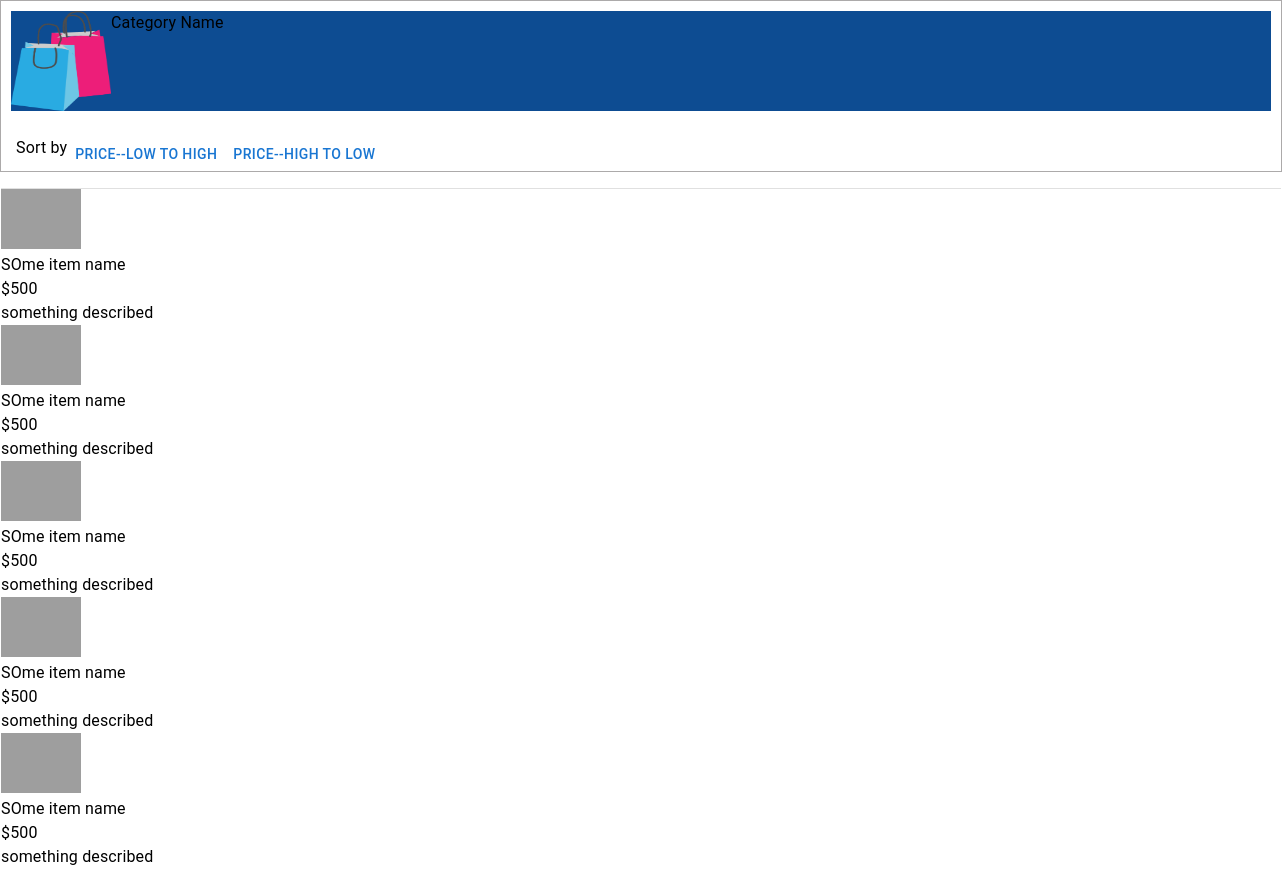
Repository: robin-fareye/reactjs-frontend-flipzone
Page: /
An editor plug-in stored every save of this project. The page is shown before and after the next save, followed by the edit.
The browser window is 1280 px wide. The page is 1282 px wide, so the pictures cover 1282 px, including what lies to the right of the window. The pictures show the whole page.
Pictures or frames that could not be fetched are drawn as grey boxes. The project was rebuilt for these pictures with package versions that can differ from the ones it lists, and the page was loaded fresh each time. Also part of the build but not shown: src/App.css, src/component/auth/Login.css, src/api/Login.js, src/component/auth/Login.js, src/component/category/Category.js, src/component/header/Header.css, src/component/header/Header.js, src/component/helper/Slide.css and 7 more.

Above is the page before, as saved 2022-11-14 19:28:11.

### src/App.js
import React from 'react';
import './App.css';
import Login from './component/auth/Login';
import Category from './component/category/Category';
import Header from './component/header/Header';
import Home from './component/home/Home';
import Cart from './component/Cart/Cart';
import ProductCatalouge from './component/ProductCatalogue/ProductCatalouge';
import ProductDetails from './component/ProductDetails/ProductDetails';
import CheckoutPage from './component/Checkout/CheckoutPage';
import RetailerAddProduct from './component/retailer/RetailerAddProduct';
function App() {
  return (
    <div>

      <ProductCatalouge/>

    </div>
  );
}

export default App;

### src/component/ProductCatalogue/ProductCatalouge.js
import { Box, Typography, Grid, Button, Divider } from '@mui/material'
import React, { useState, useEffect } from 'react'
import './ProductCatalouge.css'

const ProductCatalouge = () => {

    const [sort, setSort] = useState("asc");

    const getCardItem=(item)=>{
        return (
        <Box className='card-container'>
            <img
            style={{height:"60px"}}
            className='image-item-catalouge'
            src='https://rukminim1.flixcart.com/image/416/416/kcgk1ow0/headphone/n/u/a/235v2-fast-charging-boat-original-imaftk6us4af7bca.jpeg?q=70'
            alt='image'
            />
            <Typography>{item.name}</Typography>
            <Typography>{item.price}</Typography>
            <Typography>{item.description}</Typography>
        </Box>
        )
    }
    const catagories=["cat1","cat2","cat3","cat4"]
    const items=[
        {
            name:"SOme item name",
            price:"$500",
            description:"something described"
        },
        {
            name:"SOme item name",
            price:"$500",
            description:"something described"
        },
        {
            name:"SOme item name",
            price:"$500",
            description:"something described"
        },
        {
            name:"SOme item name",
            price:"$500",
            description:"something described"
        },
        {
            name:"SOme item name",
            price:"$500",
            description:"something described"
        },
    ]

    return (
        <Box className='catagory-container'>
            <Box className='container-header'>
                <img
                    src={require('../../assets/logo.png')}
                    alt="category"
                    className="cat-image"
                    />
                <Typography>Category Name</Typography>
            </Box>
            <Box className='container-body'>
                <Grid item lg={10}>
                    <Box className='sort'>
                        <Typography>Sort by</Typography>
                        {/* <Button onClick={() => setSort("popular")}>Popularity</Button> */}
                        <Button onClick={() => setSort("asc")}>Price--low to high</Button>
                        <Button onClick={() => setSort("desc")}>Price--high to low</Button>
                    </Box>
                    <Divider />
                    <Box className="inner-body">
                        {
                            items.sort((a, b) => sort === "asc" ? a.price - b.price : b.price - a.price)
                            .map((items) => {
                                return (
                                    getCardItem(items)
                                )
                            })
                        }
                    </Box>
                </Grid>
            </Box>
        </Box>
    )
}

export default ProductCatalouge

 {/* {
            items?.map((item)=>{
                return getCardItem(item)
            })
        } */}

### src/component/category/Category.css
.cat-component {
    /* background-color: #CFF5E7; */
    justify-content: 'space-between';
    margin: '55px 130px 0 130px';
    overflow-x: 'overlay';
    display: flex;
    flex-direction: row;
    padding:0, 50px;
    /* [theme.breakpoints.down('md')]: {
        margin: 0;
    } */
}

.cat-container {
    flex: 1;
    padding: '12px 8px';
    text-align: 'center';
    align-items: center;
    display: flex;
    flex-direction: column;
}

.cat-image {
    width: 100px;
    height: 100px;
}

.cat-text {
    font-size: 14;
    font-weight: 600;
    font-family: 'inherit';
    text-align: center;
}

### src/component/Cart/Cart.css
body{
    padding: 10px 70px;
}
.main-container{
    display: flex;
    height: 100vh;
}
.item-list{
    width: 65%;
}
.order-details{
    width: 35%;
}
.order-list-header{
    height: 60px;
    border: 1px solid rgb(172, 171, 171);

}
.item-count{
    font-weight: 800 !important;
    font-size: 22px !important;
    margin: 12px !important;
}
.card-list-container{
    margin-top: 10px;
    display: flex;
    height: 200px;
    border: 1px solid rgb(172, 171, 171);
    /* border-top: 0px; */
}
.image-and-count{
    width: 25%;
    display: flex;
    justify-content: center;
}
.description{
    padding: 10px;
    width: 75%;
}
.action-button-container{
    display: flex;
    align-items: center;
}
.counter{
    display: flex;
    height: 30px;
    width: 90px;
    border: 1px solid rgb(161, 159, 159);
    border-radius: 5px;
}
.add-box{
    width: 30px;
    display: flex;
    justify-content: center;
    align-items: center;
}
.remove-box{
    width: 30px;
    display: flex;
    justify-content: center;
    align-items: center;
}
.count-box{
    width: 30px;
    border-right:1px solid rgb(161, 159, 159);
    border-left:1px solid rgb(161, 159, 159);
    display: flex;
    justify-content: center;
    align-items: center;
}
.summery-card{
    border: 1px solid rgb(172, 171, 171);
    margin-left: 20px;

}
.summery-header{
    border-bottom: 1px solid rgb(172, 171, 171);
    height: 60px;
    display: flex;
    padding-left: 10px;
    align-items: center;
}
.summery-content{
    padding:12px;
}
.table-structure{
    margin-bottom: 20px;
    display: flex;
    justify-content: space-between;
}

### src/component/ProductCatalogue/ProductCatalouge.css
.main-catalouge-container {
    padding: 10px;
}
/*
.card-container {
    height: 12%;
    width: 10%;
    border: 1px solid black;
}

.image-item-catalouge {
    height: 200px;
    width: 50%;
} */

.catagory-container{
    border: 1px solid rgb(172, 170, 170);
    height: 170px;
    width: 100%;
}
.container-header{
    background-color: #0D4C92;
    display: flex;
}
.sort{
    display: flex;
    padding: 15px;
}

### src/component/Checkout/CheckoutPage.css
body {
    padding: 0px;
    margin: 0px;
}

.checkout-container {
    display: flex;

}

.address-container {
    width: 50%;
    height: 60px;
    padding: 20px;
}

.payment-details {
    padding: 20px;
    width: 50%;
}

.address-table {
    border: 1px solid rgba(139, 138, 138, 0.664);
    padding: 20px;
    display: flex;
    flex-direction: column;
}

.checkout-fields {
    margin: 10px !important;
}

.payment-table {
    border: 1px solid rgba(139, 138, 138, 0.664);
    padding: 20px;
    display: flex;
    flex-direction: column;
    justify-content: center;
}

.order-button {

    width: 30%;
    margin-top: 20px !important;
    margin-left: 11px !important;
}

### src/component/retailer/RetailerAddProduct.css
.main-container{
    display: flex;
    flex-direction: column;
    align-items: center;
    justify-content: center;
}
.container-header{
    margin-bottom: 20px !important;
    margin: 10px !important;
}
.text-field{
    margin: 10px !important;
}
.add-button{
    margin-top: 10px !important;
    background-color: #0D4C92;
    color: aliceblue;
    font-weight: 600;
    margin: 10px !important;
}

Loaded but not shown: public/index.html (common file); src/index.js (common file); src/index.css (common file); src/reportWebVitals.js (common file)

After the next save:
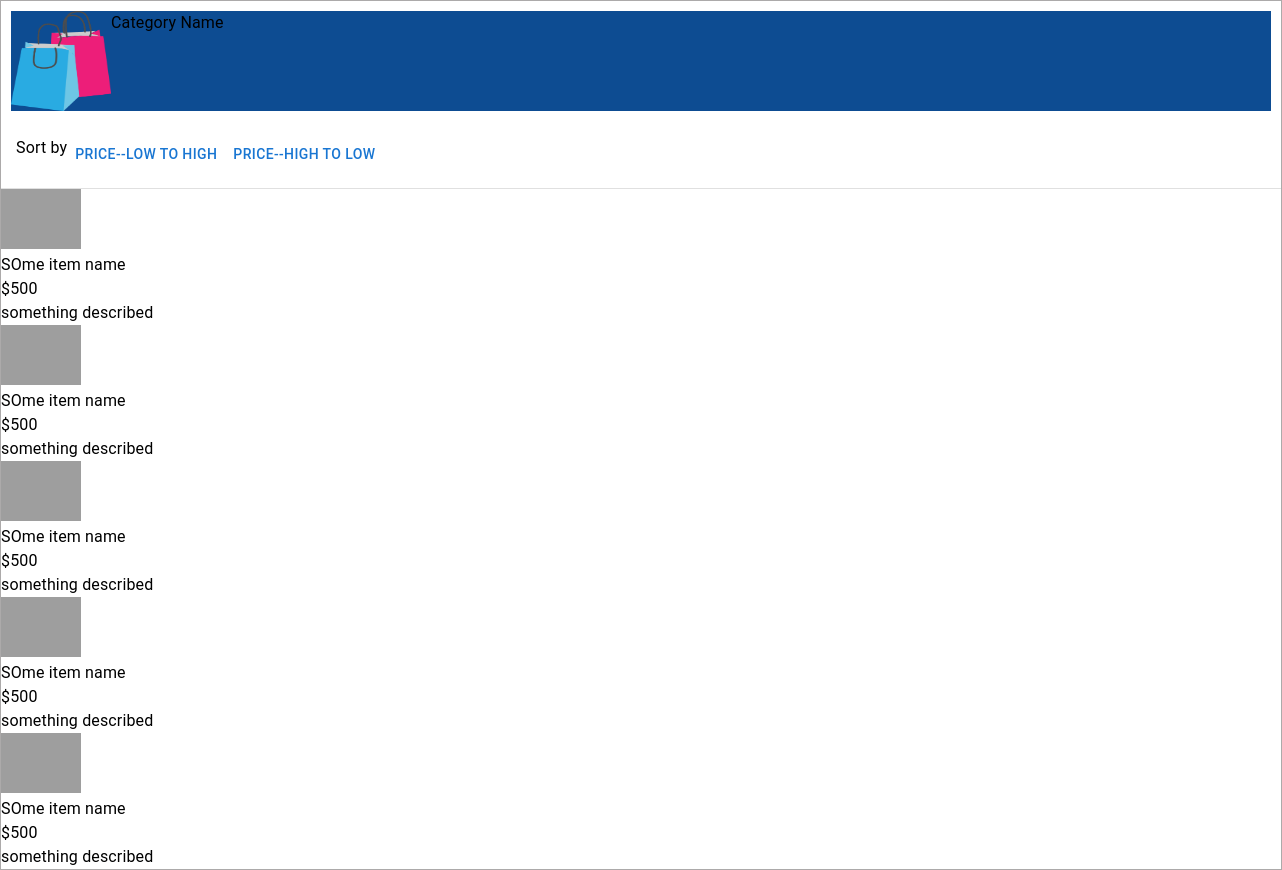
Saved 56 s later.
--- a/src/component/ProductCatalogue/ProductCatalouge.css
+++ b/src/component/ProductCatalogue/ProductCatalouge.css
@@ -15,7 +15,7 @@
 
 .catagory-container{
     border: 1px solid rgb(172, 170, 170);
-    height: 170px;
+    /* height: 170px; */
     width: 100%;
 }
 .container-header{
